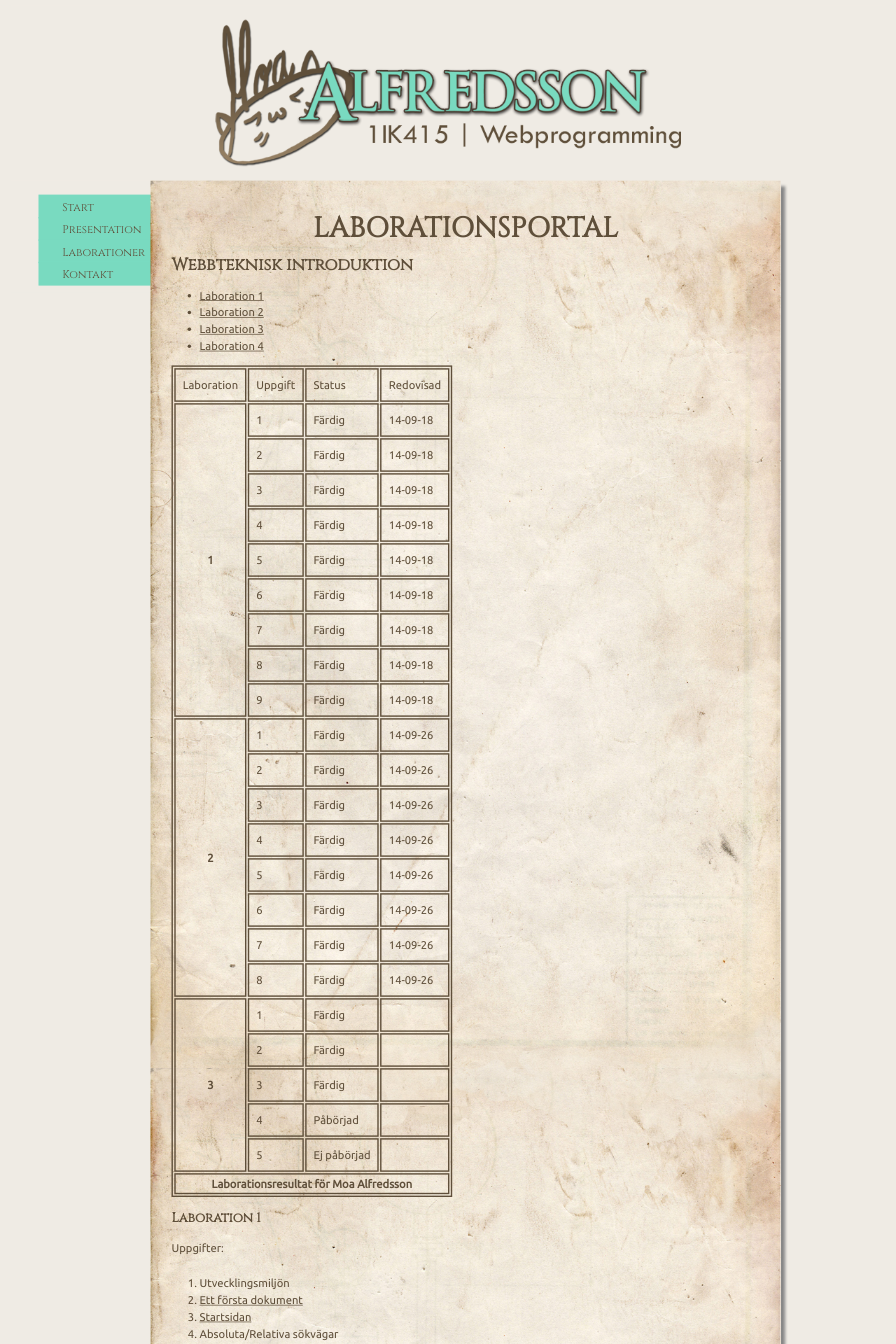
Repository: ma223md/1ik415
Page: pages/laborationer.html
The author's editor kept a record of every edit. The page is drawn from the files as they stood at one moment, then again after the next edit.
The browser window is 1280 px wide. The pictures show the part of the page from y = 0 to 1920 px (the page is 3219 px tall), at 70% of full size.

Above is the page before.

After the next edit:
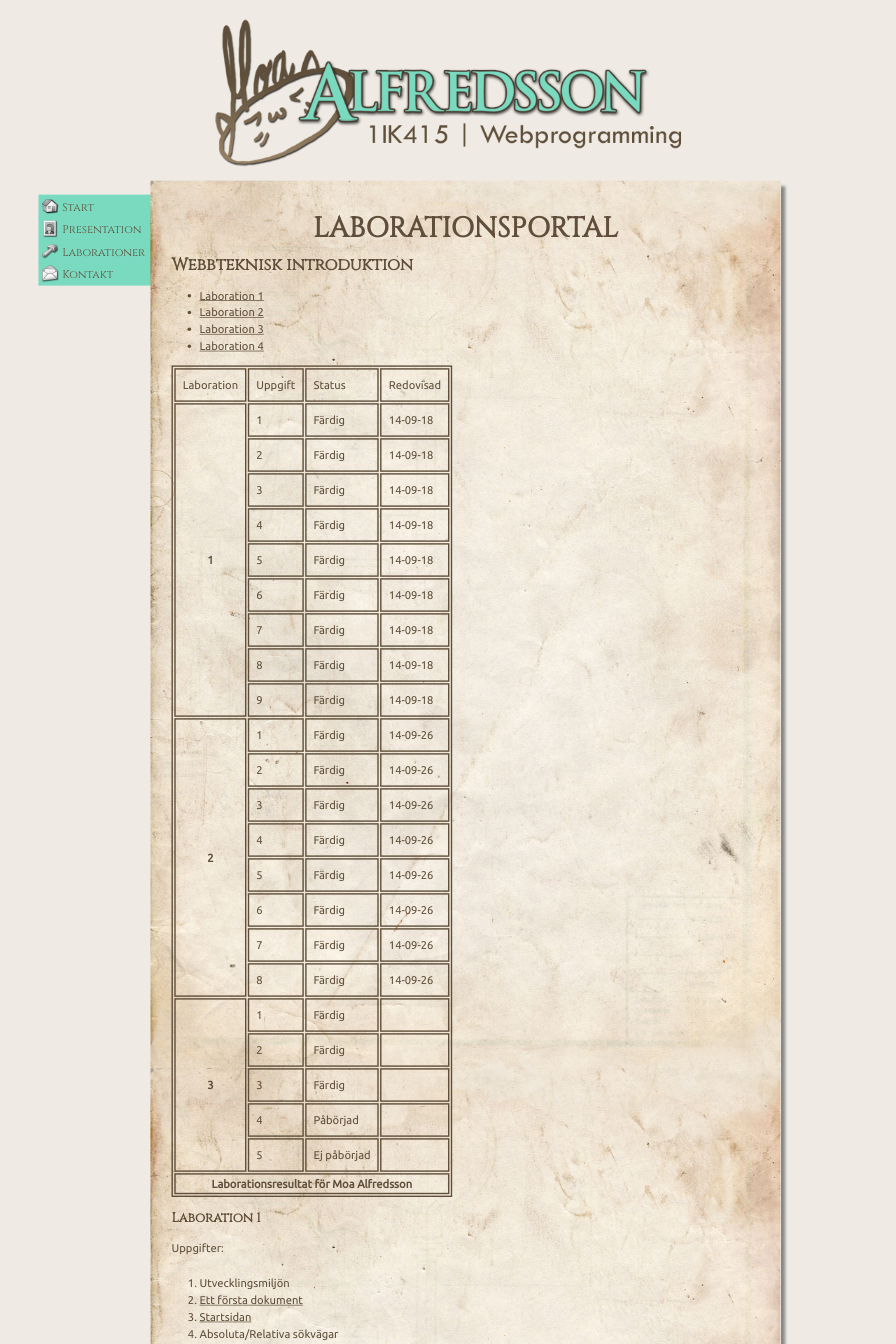
The edit:
--- a/pages/laborationer.html
+++ b/pages/laborationer.html
@@ -16,10 +16,10 @@
 
             <div id="navigation">
                 <ul>
-                    <li><a href="../index.html">Start</a></li>
-                    <li><a href="../pages/presentation.html">Presentation</a></li>
-                    <li><a href="../pages/laborationer.html" class="active">Laborationer</a></li>
-                    <li><a href="../pages/kontakt.html">Kontakt</a></li>
+                    <li id="home"><a href="../index.html"> Start</a></li>
+                    <li id="pres"><a href="../pages/presentation.html"> Presentation</a></li>
+                    <li id="lab"><a href="laborationer.html" class="active"> Laborationer</a></li>
+                    <li id="contact"><a href="../pages/kontakt.html"> Kontakt</a></li>
                 </ul>
             </div>
 
